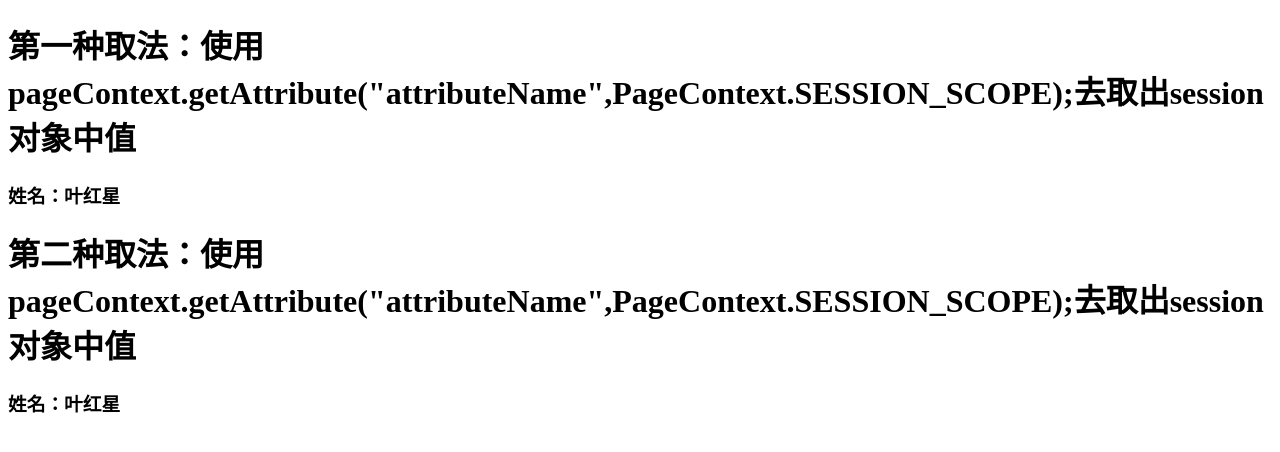
Repository: frankstar007/java
Page: http://localhost/Servlet_Study/PageContextDemo2.jsp
The author's editor kept a copy of each file at every save. The page is drawn from the files as they stood at one save, then again after the next save.
The browser window is 1280 px wide. The pictures show the whole page.
The page is served by Tomcat 9. Nobody is signed in. The application's start-up code is not run.

Above is the page before, as saved 2016-05-03 01:34:38.

After the next save:
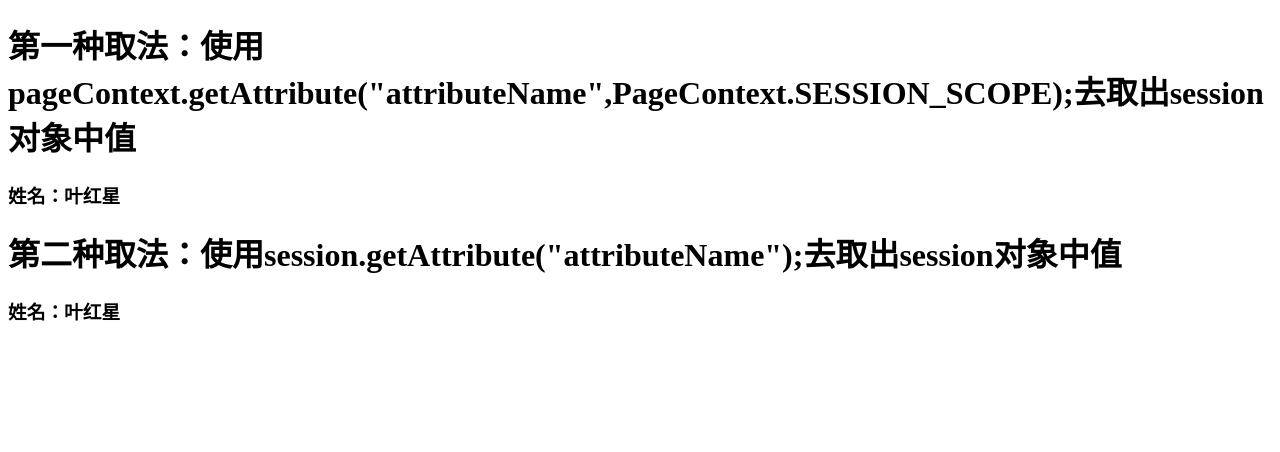
Saved 18 s later.
--- a/Servlet_Study/WebContent/PageContextDemo2.jsp
+++ b/Servlet_Study/WebContent/PageContextDemo2.jsp
@@ -19,7 +19,7 @@
 	</h1>
 	<h3>姓名：<%=name11 %></h3>
 	<h1>
-		第二种取法：使用pageContext.getAttribute("attributeName",PageContext.SESSION_SCOPE);去取出session对象中值
+		第二种取法：使用session.getAttribute("attributeName");去取出session对象中值
 	</h1>
 	<h3>姓名：<%=name11 %></h3>
 </body>
